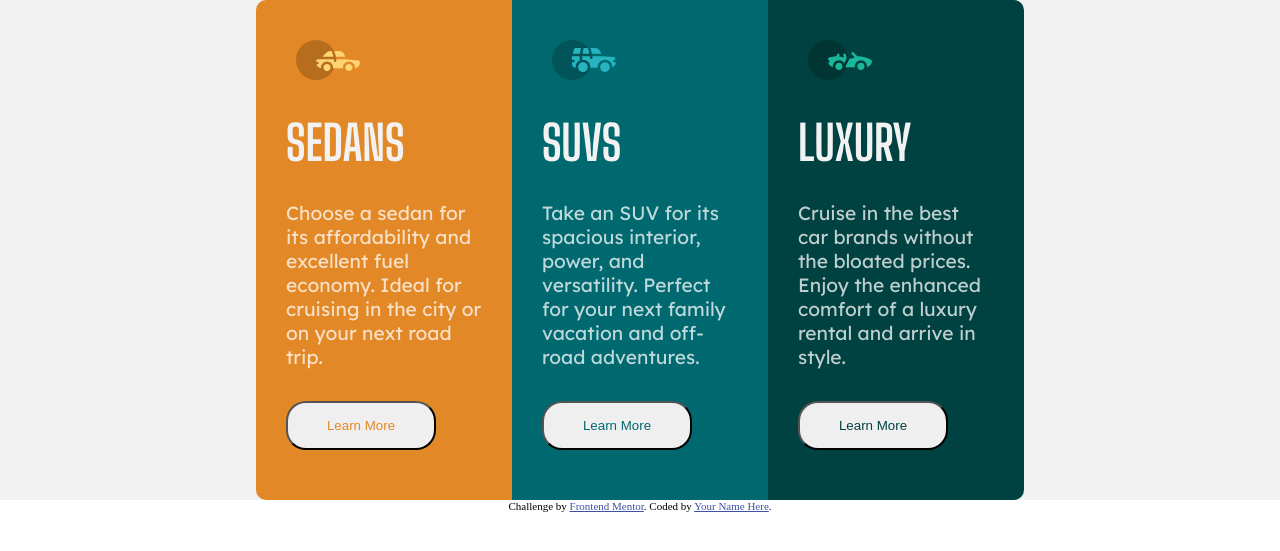
Repository: viniciussnt/3-column-preview-card
Page: index.html
The author's editor kept a copy of each file at every save. The page is drawn from the files as they stood at one save, then again after the next save.
The browser window is 1280 px wide. The pictures show the whole page.

Above is the page before, as saved 2023-09-15 11:47:10.

### index.html
<!DOCTYPE html>
<html lang="pt-br">

<head>
  <meta charset="UTF-8">
  <meta name="viewport" content="width=device-width, initial-scale=1.0">
  <link rel="icon" type="image/png" sizes="32x32" href="./images/favicon-32x32.png">
  <link rel="stylesheet" href="./styles/style.css">

  <link rel="preconnect" href="https://fonts.googleapis.com">
  <link rel="preconnect" href="https://fonts.gstatic.com" crossorigin>
  <link href="https://fonts.googleapis.com/css2?family=Big+Shoulders+Display:wght@700&family=Lexend+Deca&display=swap"
    rel="stylesheet">

  <title>Frontend Mentor | 3-column preview card component</title>

  <!-- Feel free to remove these styles or customise in your own stylesheet 👍 -->
  <style>
    .attribution {
      font-size: 11px;
      text-align: center;
    }

    .attribution a {
      color: hsl(228, 45%, 44%);
    }
  </style>
</head>

<body>
  <div class="container">
    <article class="card-info">
      <section class="sedans">
        <div class="img-box">
          <img src="./images/icon-sedans.svg" />
        </div>
        <h1>SEDANS</h1>
        <p>Choose a sedan for its affordability and excellent fuel economy. Ideal for cruising in the city
          or on your next road trip.</p>

        <button class="btn-sedans">Learn More</button>
      </section>

      <section class="suvs">
        <div class="img-box">
          <img src="./images/icon-suvs.svg" />
        </div>
        <h1>SUVS</h1>
        <p>Take an SUV for its spacious interior, power, and versatility. Perfect for your next family vacation
          and off-road adventures.</p>

        <button class="btn-suv">Learn More</button>
      </section>

      <section class="luxury">
        <div class="img-box">
          <img src="./images/icon-luxury.svg" />
        </div>
        <h1>LUXURY</h1>
        <p>Cruise in the best car brands without the bloated prices. Enjoy the enhanced comfort of a luxury
          rental and arrive in style.</p>

        <button class="btn-luxury">Learn More</button>
      </section>
    </article>
  </div>

  <div class="attribution">
    Challenge by <a href="https://www.frontendmentor.io?ref=challenge" target="_blank">Frontend Mentor</a>.
    Coded by <a href="#">Your Name Here</a>.
  </div>
</body>

</html>

### styles/style.css
* {
    margin: 0 auto;
    padding: 0 auto;
}

:root {
    --color-sedan: rgb(227, 136, 38);
    --color-suv: rgb(0, 105, 112);
    --color-luxury: rgb(0, 66, 65);

    --color-primary: rgba(255, 255, 255, 0.75);
    --color-secondary: rgb(242, 242, 242);
}

@import url('https://fonts.googleapis.com/css2?family=Big+Shoulders+Display:wght@700&family=Lexend+Deca&display=swap');

.container {
    background-color: var(--color-secondary);
}

article {
    display: flex;

    width: 60%;
    height: 80%
}

section {
    width: 400px;
    height: 500px;
}

.sedans {
    background-color: var(--color-sedan);
    border-radius: 10px 0px 0px 10px;
}

.suvs {
    background-color: var(--color-suv);
}

.luxury {
    background-color: var(--color-luxury);
    border-radius: 0px 10px 10px 0px;
}

.img-box {
    margin-top: 40px;
    margin-left: 40px;
}

h1 {
    font-family: 'Big Shoulders Display', cursive;
    font-size: 3rem;
    color: var(--color-secondary);

    margin-top: 30px;
    margin-left: 30px;
}

p {
    font-family: 'Lexend Deca', sans-serif;
    font-size: 1.2rem;
    color: var(--color-primary);

    margin: 30px 30px 0px 30px;

    height: 170px;
}

button {
    border-radius: 20px;

    margin: 30px 30px 0px 30px;
    padding: 15px;

    width: 150px;

}

.btn-sedans {
    color: var(--color-sedan);
}

.btn-suv {
    color: var(--color-suv);
}

.btn-luxury {
    color: var(--color-luxury);
}

After the next save:
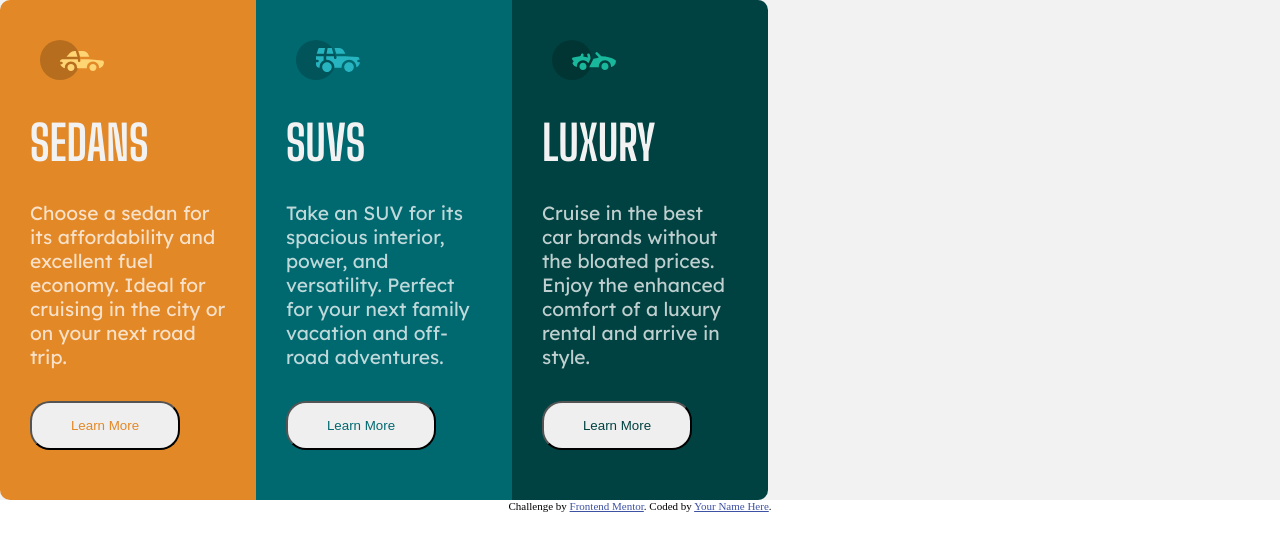
Saved 54 s later.
--- a/styles/style.css
+++ b/styles/style.css
@@ -1,6 +1,6 @@
 * {
-    margin: 0 auto;
-    padding: 0 auto;
+    margin: 0;
+    padding: 0;
 }
 
 :root {
